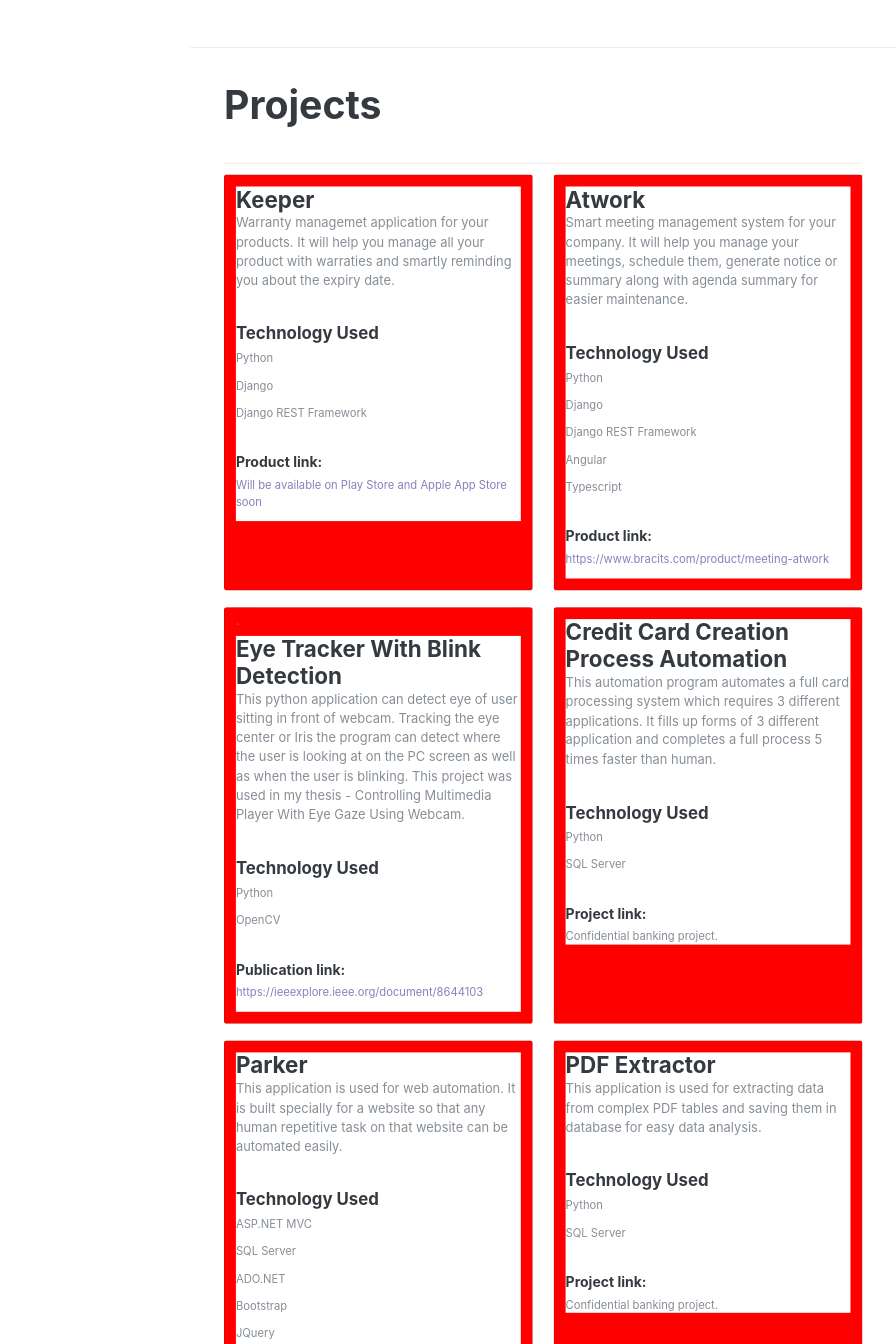
Repository: xahin96/xahin96.github.io
Page: index.html
These files come from the project's save history. The page is drawn as it stood at one moment and after the next save; the edit follows.
The browser window is 1280 px wide. The pictures show the part of the page from y = 3348 to 5268 px (the page is 5497 px tall), at 70% of full size.
Some web fonts or font styles are not loaded; a fallback is used.

Above is the page before, as saved 2024-04-27 12:41:01.

After the next save:
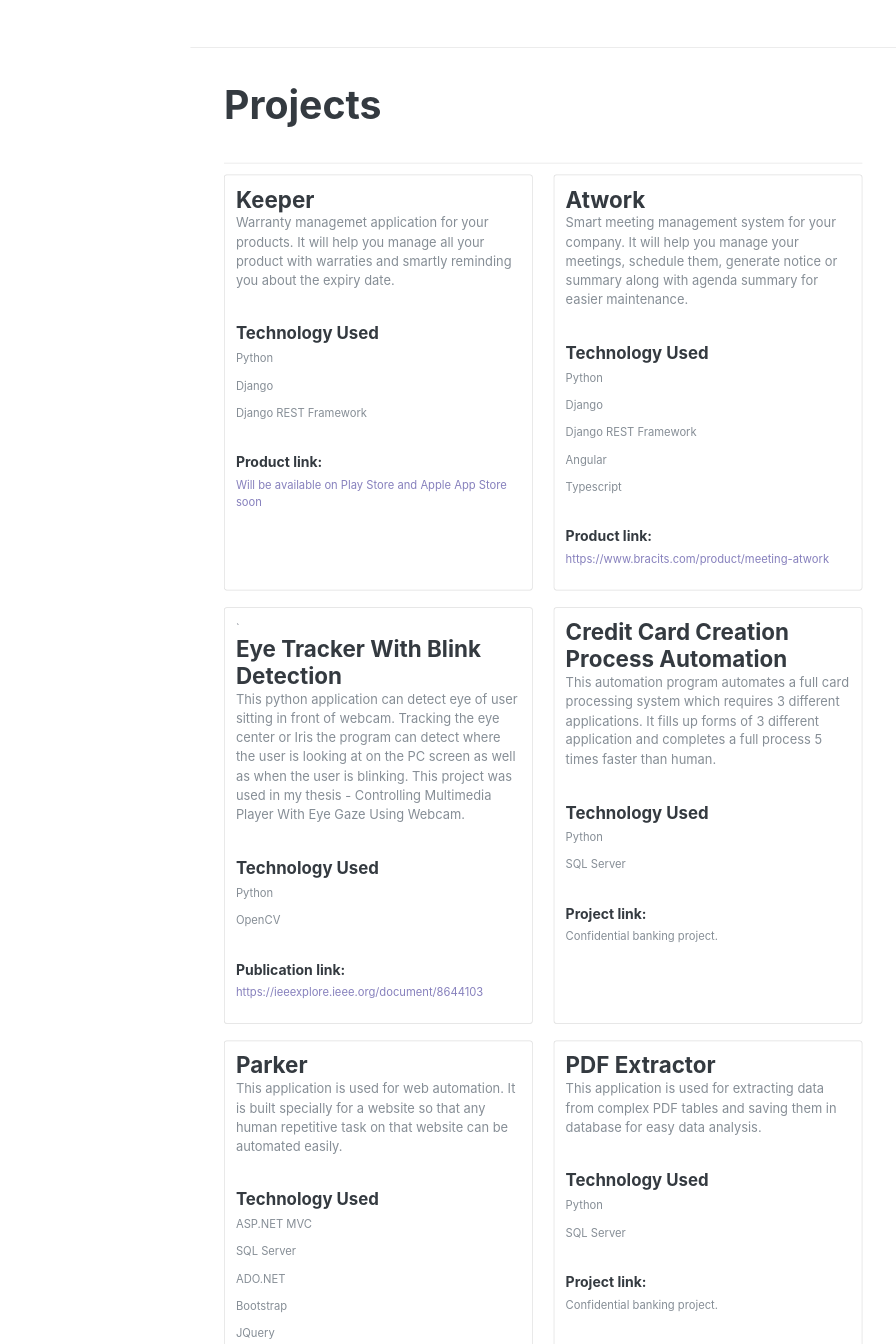
Saved 3 min 47 s later.
--- a/css/resume.css
+++ b/css/resume.css
@@ -214,5 +214,5 @@ a:hover, a:focus, a:active {
 
 .project .card{
   height: 100%;
-  background: red;
-}
+  /* background: red; */
+}
